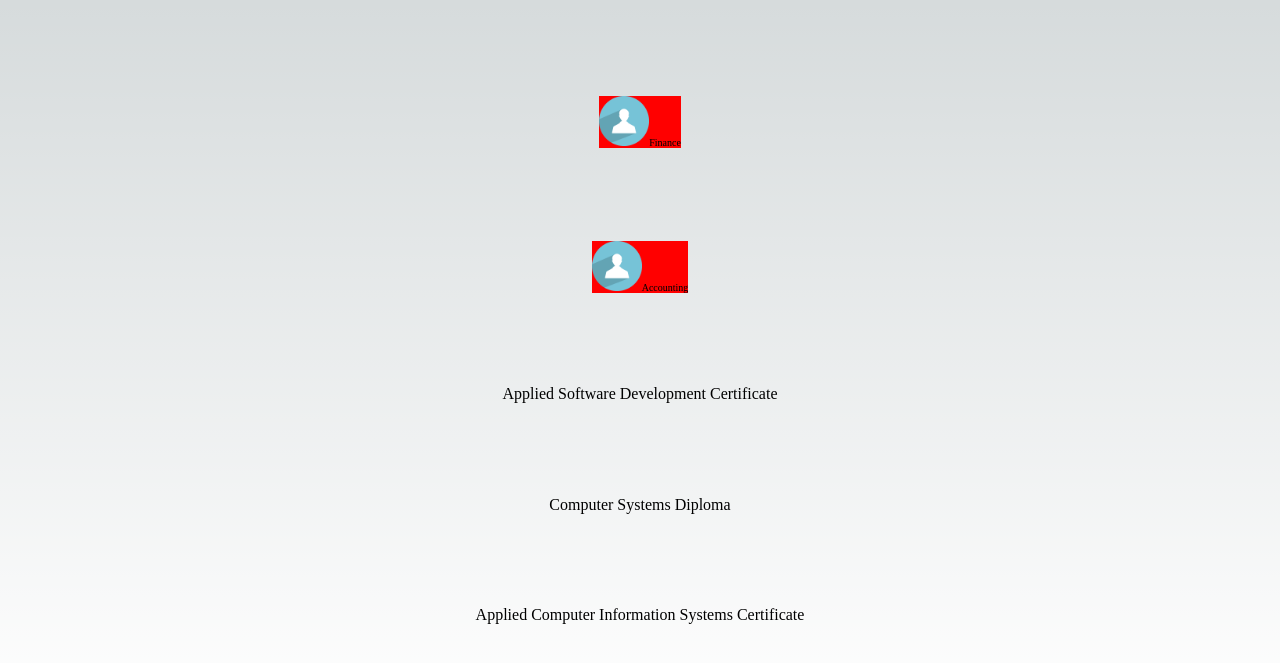
Repository: giovanabirck/mdia2109-class03
Page: / (app in example.map/)
The author's editor kept a copy of each file at every save. The page is drawn from the files as they stood at one save, then again after the next save.
The browser window is 1280 px wide. The pictures show the whole page.
The project was rebuilt for these pictures with package versions that can differ from the ones it lists, and the page was loaded fresh each time. The framework's server and built-in components were replaced by stand-ins that run in the browser. Also part of the build but not shown: example.map/next.config.js.

Above is the page before, as saved 2023-01-19 14:59:05.

### example.map/pages/index.js
import Head from 'next/head'
import Image from 'next/image'
import { Inter } from '@next/font/google'
import styles from '@/styles/Home.module.css'
import data from '../data/education.json'
import { useState } from 'react'
import Card from '@/components/card'

const inter = Inter({ subsets: ['latin'] })

export default function Home() {

  console.log(data);
  const [information, setInformation] = useState([...data]);


  return (
    <>
      <Head>
        <title>Create Next App</title>
        <meta name="description" content="Generated by create next app" />
        <meta name="viewport" content="width=device-width, initial-scale=1" />
        <link rel="icon" href="/favicon.ico" />
      </Head>
      <main className={styles.main}>

        {
          information && information.map((info, index) => {
            if(info.department.toLowerCase() === "business") {
              return(
                <Card key={index} degree={info.degree} color="red"font="10px"/>
              )
            }
          })
        }

        {
          information && information.map((info, index) => {
            if(info.department.toLowerCase() === "computing") {
              return(
                <div key={index}>{info.degree}</div>
              )
            }
          })
        }
      </main>

    </>
  )
}

### example.map/data/education.json
[
        {
            "studentNumber": "A0004567",
            "firstName": "Person 1",
            "gpa": 3.8,
            "department": "Business",
            "degree": "Finance",
            "graduted": 2014
        },
        {
            "studentNumber": "A0001234",
            "firstName": "Person 2",
            "gpa": 3.5,
            "department": "Business",
            "degree": "Accounting",
            "graduted": 2010
        },
        {
            "studentNumber": "A0007890",
            "firstName": "Person 3",
            "gpa": 3.2,
            "department": "Computing",
            "degree": "Applied Software Development Certificate",
            "graduted": 2018
        },
        {
            "studentNumber": "A0007828",
            "firstName": "Person 4",
            "gpa": 3.9,
            "department": "Computing",
            "degree": "Computer Systems Diploma",
            "graduted": 2021
        },
        {
            "studentNumber": "A0003425",
            "firstName": "Person 5",
            "gpa": 3.2,
            "department": "Computing",
            "degree": "Applied Computer Information Systems Certificate",
            "graduted": 2021
        }
]

### example.map/components/card/index.js

export default function Card({
    degree  =   "none",
    color   =   "purple",
    font    =   "0",
    image   =   "icon/personTwo.png"
}) {

    return(
        <div style={{backgroundColor: color, fontSize:font}}>
            {
                color === "red"     ?   <img src={'icon/person.png'} width='50'/> :
                color === "blur"    ?   <img src={'icon/personThree.png'} width='50'/> :
                                        <img src={image} width='50'/>
            }
            {degree}
        </div>
    )
}

Loaded but not shown: example.map/pages/_app.js (common file); example.map/pages/_document.js (common file); example.map/styles/globals.css (common file); example.map/styles/Home.module.css (common file)

After the next save:
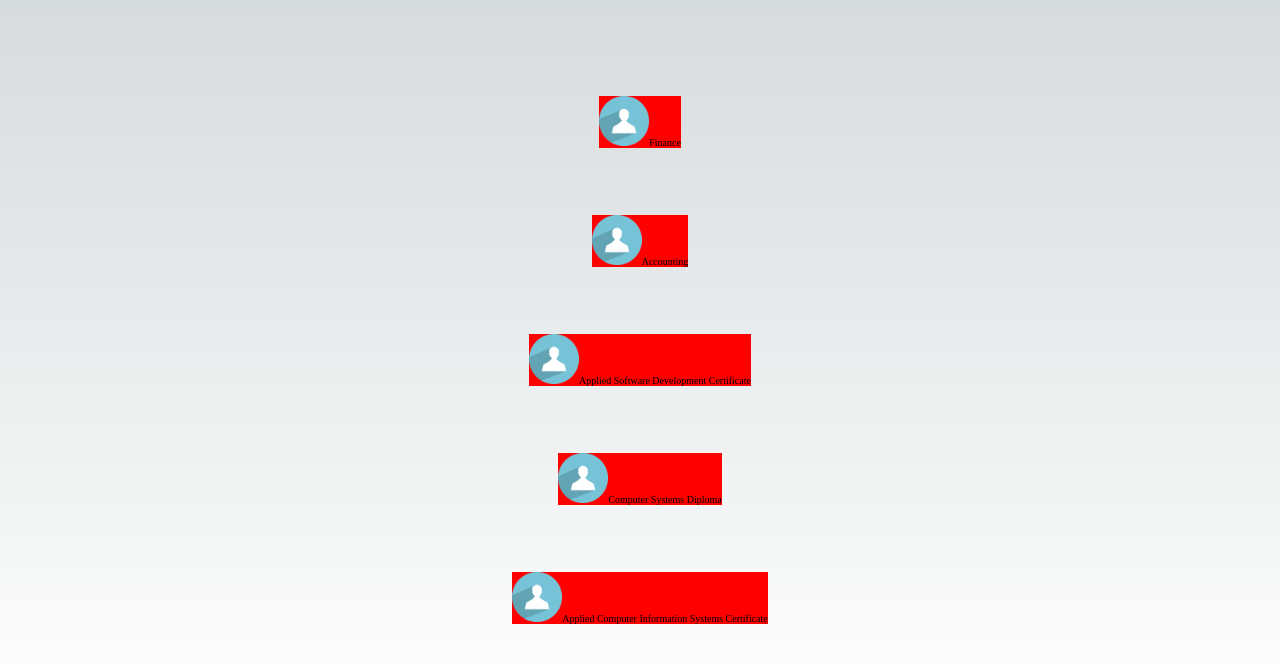
Saved 21 s later.
--- a/example.map/pages/index.js
+++ b/example.map/pages/index.js
@@ -38,7 +38,7 @@ export default function Home() {
           information && information.map((info, index) => {
             if(info.department.toLowerCase() === "computing") {
               return(
-                <div key={index}>{info.degree}</div>
+                <Card key={index} degree={info.degree} color="red"font="10px"/>
               )
             }
           })
